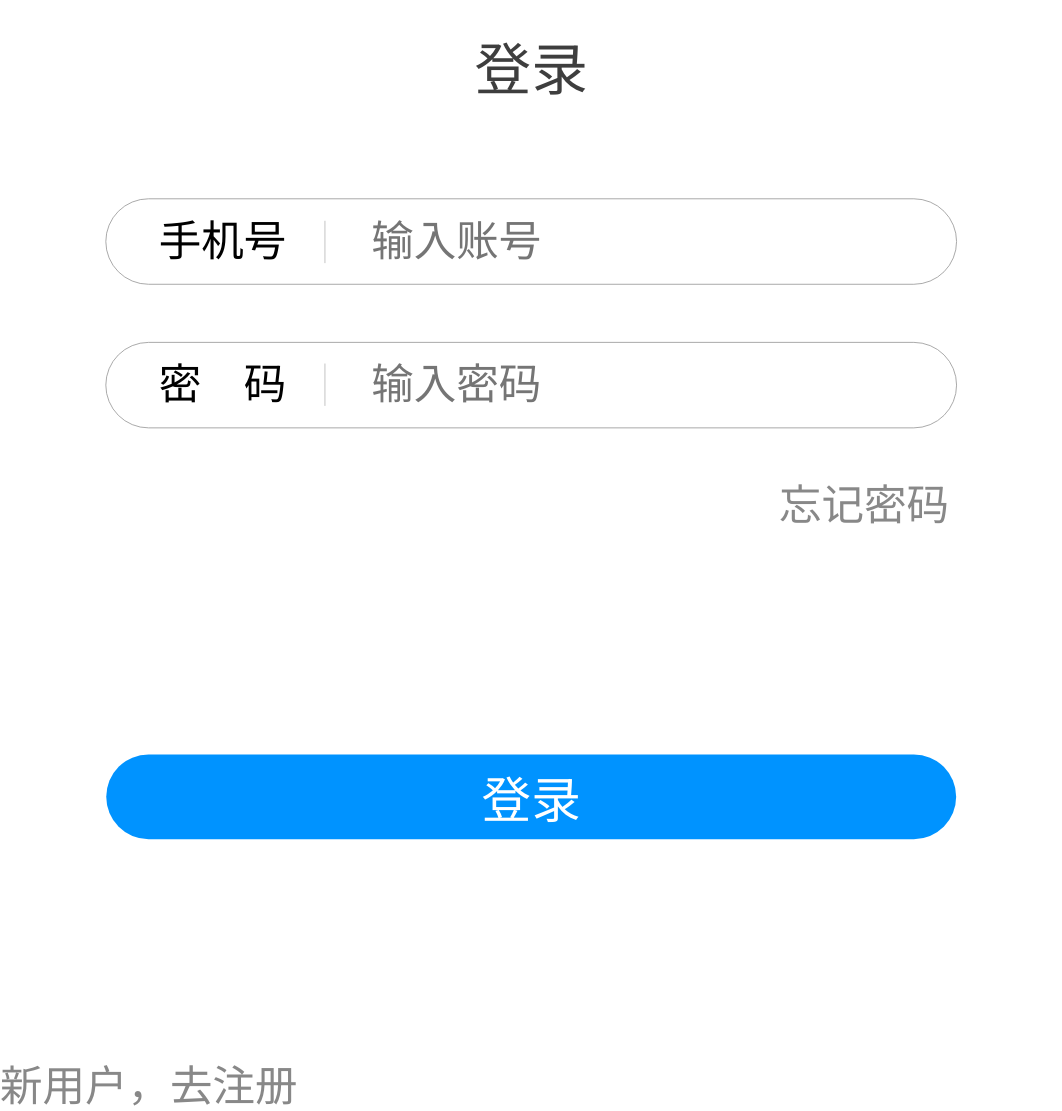
Repository: 421538074/sell
Page: consumer/login.html
The author's editor kept a copy of each file at every save. The page is drawn from the files as they stood at one save, then again after the next save.
The browser window is 1280 px wide. The pictures show the whole page, at 83% of full size.

Above is the page before, as saved 2019-05-29 15:06:59.

After the next save:
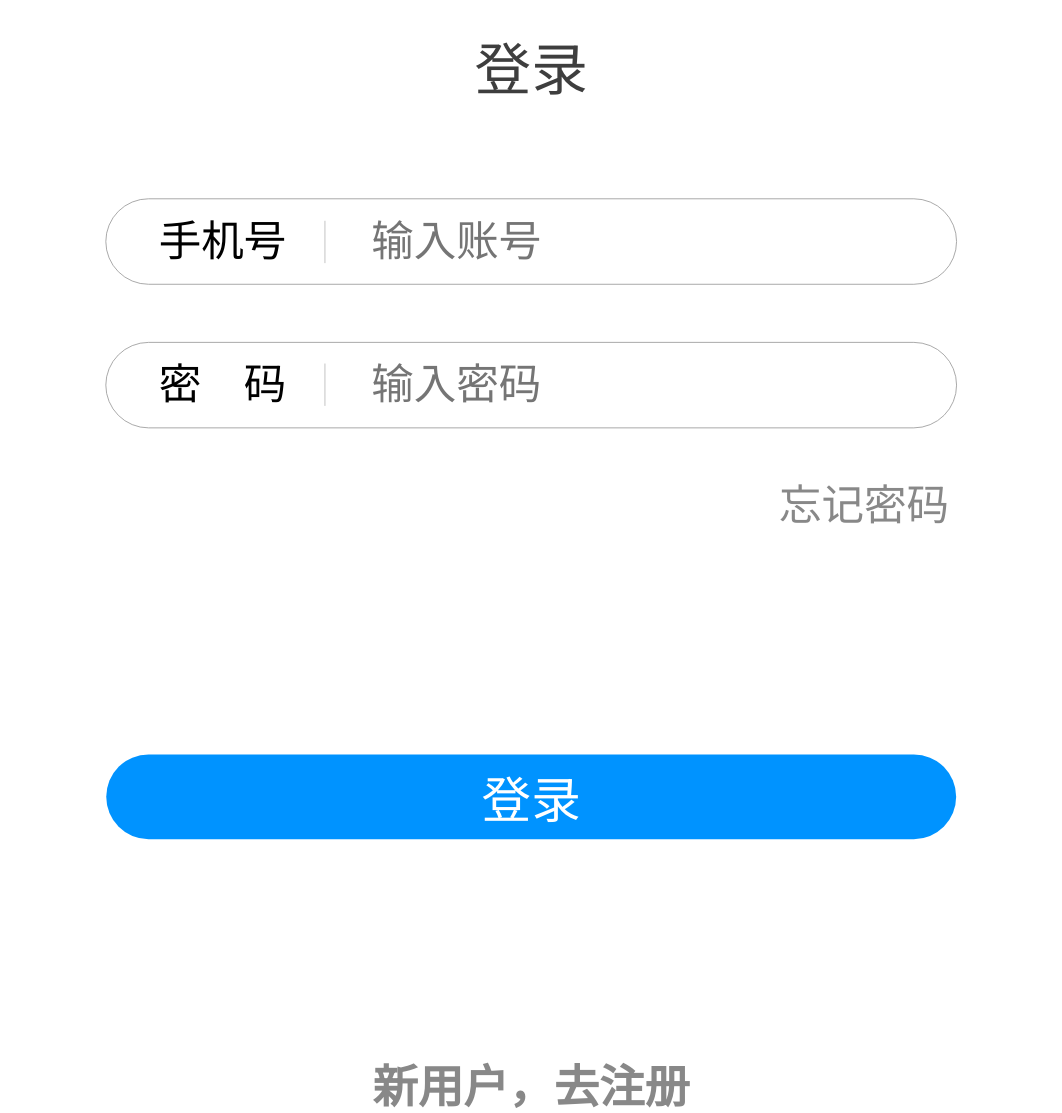
Saved 49 s later.
--- a/consumer/css/login.css
+++ b/consumer/css/login.css
@@ -64,7 +64,9 @@ button.login_btn {
     color: #ffffff;
     font-size: 1.75rem;
 }
-p.new-user-register{
+p.new-user-register {
     color: #888888;
-    font-size: 1.5rem;
+    font-size: 1.6rem;
+    text-align: center;
+    font-weight: 600;
 }
